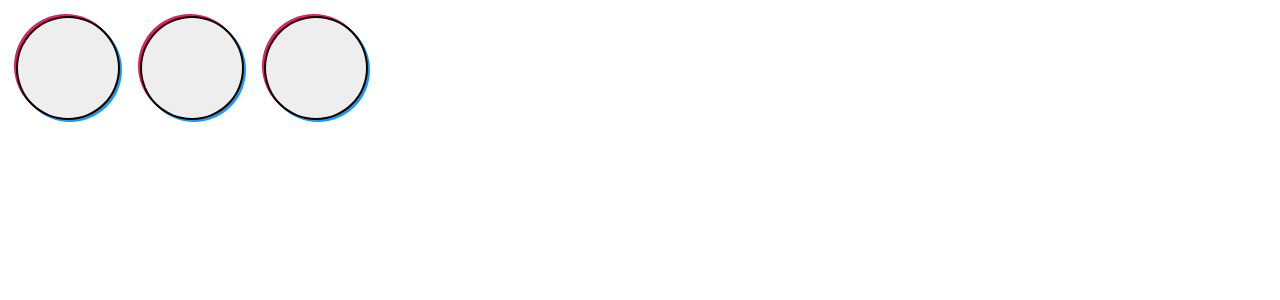
Repository: Body789/CSS_ELZERO
Page: Assignments/Assigmennt_10/Assignment_1/index.html
These files come from the project's save history. The page is drawn as it stood at one moment and after the next save; the edit follows.
The browser window is 1280 px wide. The pictures show the whole page.

Above is the page before, as saved 2022-09-18 00:25:13.

### Assignments/Assigmennt_10/Assignment_1/index.html
<!DOCTYPE html>
<html lang="en">
<head>
  <meta charset="UTF-8">
  <title>Ass_10_1</title>
  <link rel="stylesheet" href="Css/style.css">
</head>
<body>
  <div></div>
  <div></div>
  <div></div>
</body>
</html>

### Assignments/Assigmennt_10/Assignment_1/Css/style.css
div {
  box-shadow: 0px 0px 0px 2px black, -2px -2px 0px 2px #e91e63, 2px 2px 0px 2px #2196f3;
  width: 100px;
  height: 100px;
  display: inline-block;
  background-color: #eee;
  border-radius: 50px;
  margin: 10px;
}

After the next save:
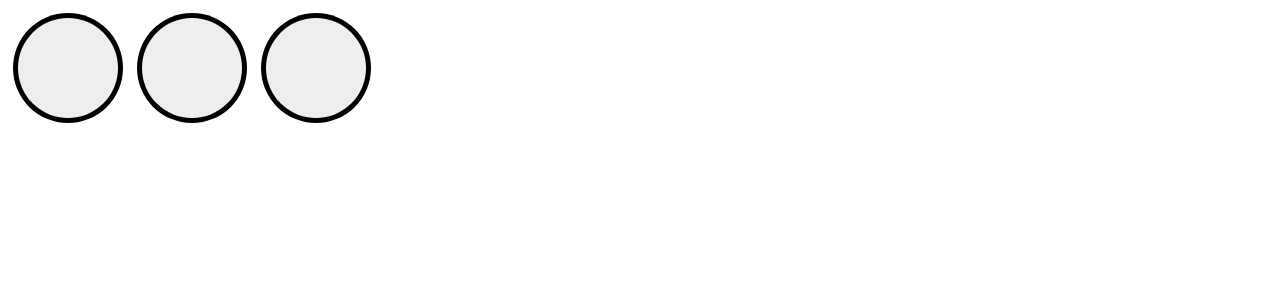
Saved 52 s later.
--- a/Assignments/Assigmennt_10/Assignment_1/Css/style.css
+++ b/Assignments/Assigmennt_10/Assignment_1/Css/style.css
@@ -1,5 +1,5 @@
 div {
-  box-shadow: 0px 0px 0px 2px black, -2px -2px 0px 2px #e91e63, 2px 2px 0px 2px #2196f3;
+  box-shadow: 0px 0px 0px 5px black, -2px -2px 0px 2px #e91e63, 2px 2px 0px 2px #2196f3;
   width: 100px;
   height: 100px;
   display: inline-block;
